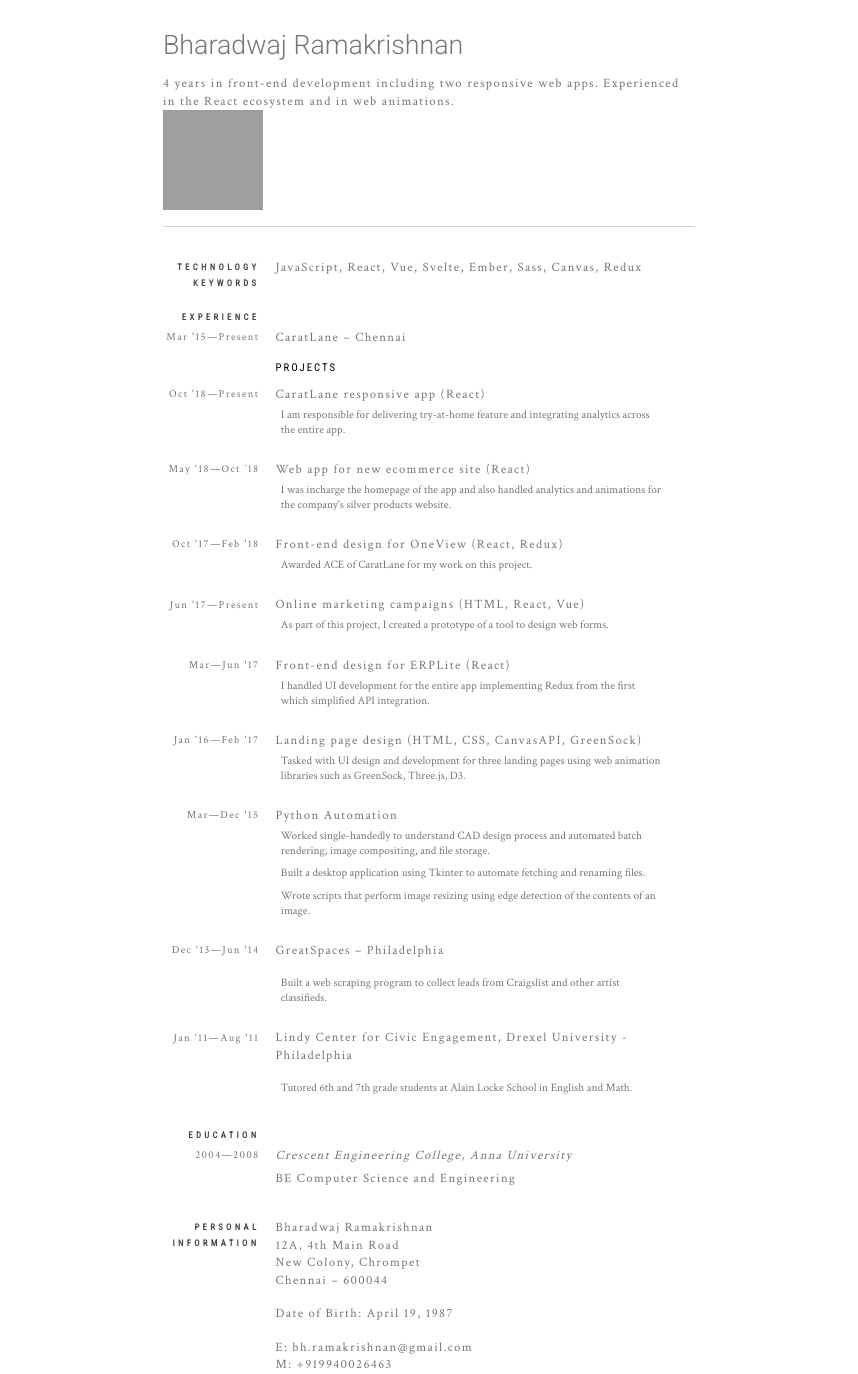
Repository: nosplashurinal/resume
Page: index.html
These files come from the project's save history. The page is drawn as it stood at one moment and after the next save; the edit follows.
The browser window is 1280 px wide. The pictures show the whole page, at 67% of full size.
Pictures or frames that could not be fetched are drawn as grey boxes.

Above is the page before, as saved 2019-01-02 11:03:12.

After the next save:
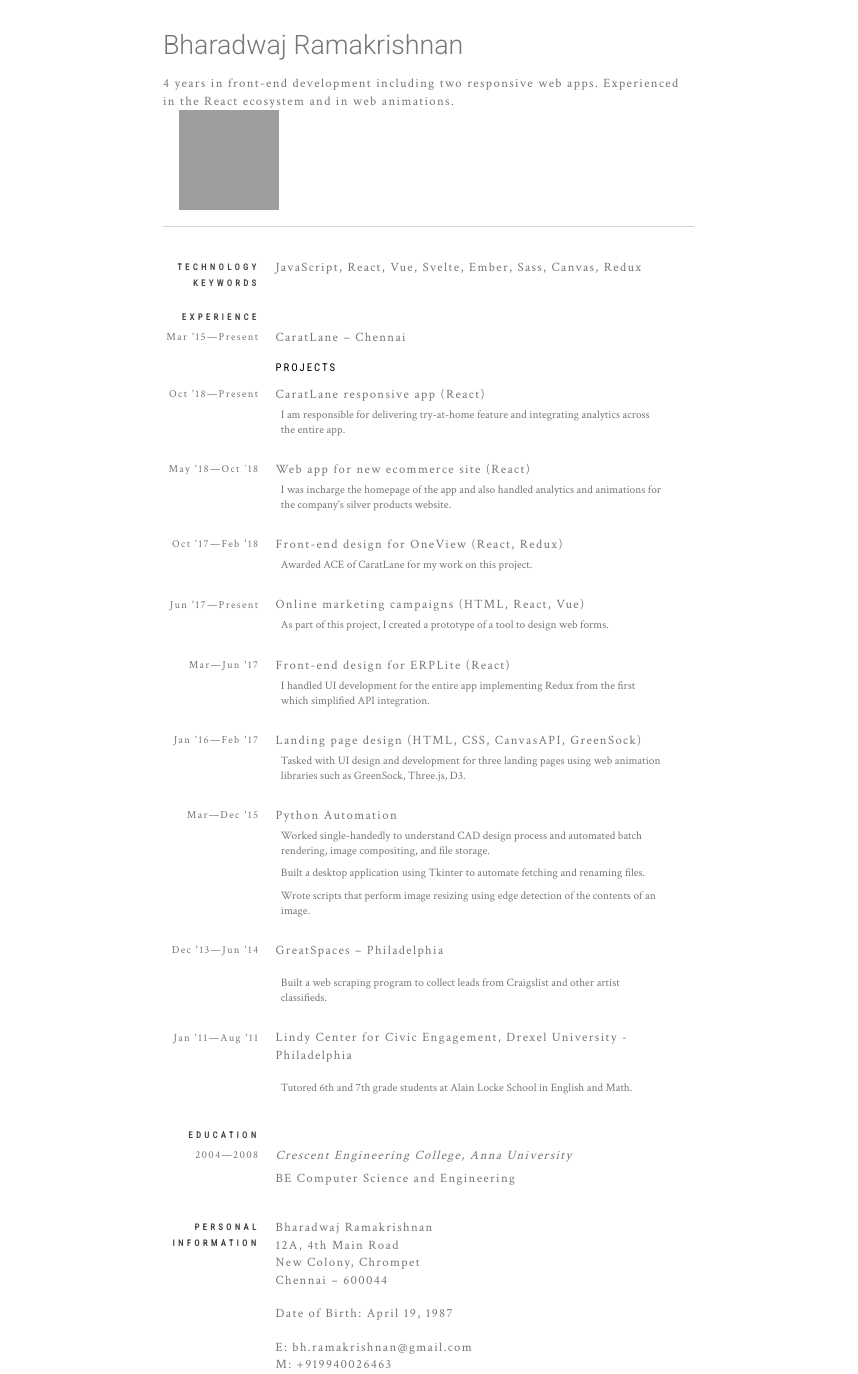
Saved 3 min 35 s later.
--- a/dist/style.css
+++ b/dist/style.css
@@ -51,6 +51,7 @@ h1, h3, h4 {
 .header .headshot {
 	width: 150px;
 	height: 150px;
+	padding-left: 0.25in;
 }
 .body-block {
 	padding: 0 0.5in 0 1.75in;
